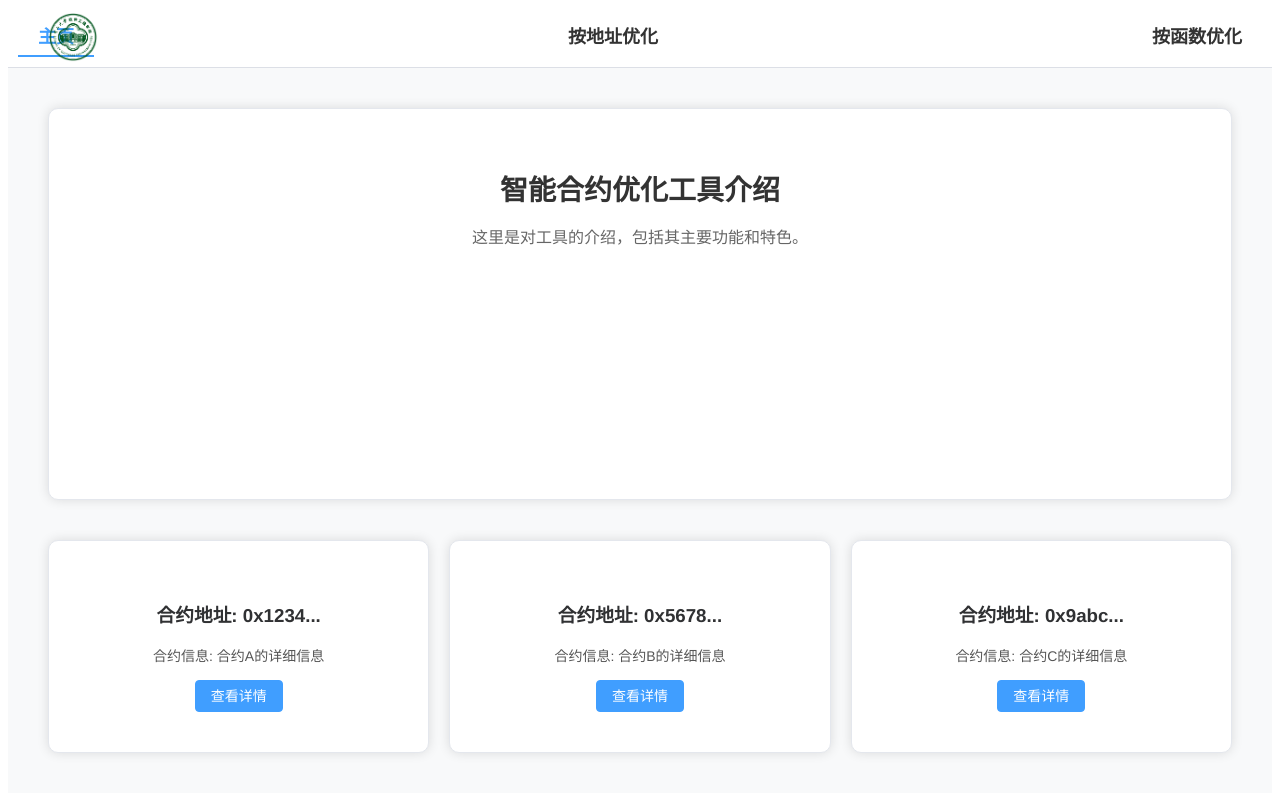
Repository: syckcoding/SmartHalo
Page: /
These files come from the project's save history. The page is drawn as it stood at one moment and after the next save; the edit follows.
The browser window is 1280 px wide. The pictures show the whole page.
The project was rebuilt for these pictures with package versions that can differ from the ones it lists, and the page was loaded fresh each time. Also part of the build but not shown: vite.config.js, src/views/Detail.vue.

Above is the page before, as saved 2024-10-05 10:48:41.

### src/main.js
import { createApp } from 'vue';
import App from './App.vue';
import router from './router';
import ElementPlus from 'element-plus';
import 'element-plus/dist/index.css';

createApp(App).use(router).use(ElementPlus).mount('#app');

### src/App.vue
<template>
  <div id="app">
    <Navbar />
    <router-view />
  </div>
</template>

<script>
import Navbar from './components/Navbar.vue';

export default {
  components: {
    Navbar,
  },
};
</script>

<style>
/* 样式设置 */
#app {
  font-family: Avenir, Helvetica, Arial, sans-serif;
  text-align: center;
  color: #2c3e50;
}
</style>

### src/router/index.js
import { createRouter, createWebHistory } from 'vue-router';
import Home from '../views/Home.vue';
import Detail from '../views/Detail.vue';

const routes = [
  { path: '/', name: 'Home', component: Home },
  { path: '/detail/:id', name: 'Detail', component: Detail, props: true },
];

const router = createRouter({
  history: createWebHistory(process.env.BASE_URL),
  routes,
});

export default router;

### src/components/Navbar.vue
<template>
  <el-menu :default-active="activeIndex" class="el-menu-demo" mode="horizontal">
    <el-menu-item index="0" class="logo-item">
      <img src="@/assets/intro-image.png" alt="工具LOGO" class="intro-logo" />
    </el-menu-item>
    <el-menu-item index="1" @click="goToHome" class="menu-item">主页</el-menu-item>
    <el-menu-item index="2" @click="goToAddressOptimization" class="menu-item">按地址优化</el-menu-item>
    <el-menu-item index="3" @click="goToFunctionOptimization" class="menu-item">按函数优化</el-menu-item>
  </el-menu>
</template>

<script>
export default {
  data() {
    return {
      activeIndex: '1',
    };
  },
  methods: {
    goToHome() {
      this.$router.push({ name: 'Home' });
    },
    goToAddressOptimization() {
      this.$router.push({ name: 'Detail', params: { mode: 'address' } });
    },
    goToFunctionOptimization() {
      this.$router.push({ name: 'Detail', params: { mode: 'function' } });
    },
  },
};
</script>

<style scoped>
.el-menu-demo {
  background-color: #ffffff;  /* 设置为白色背景 */
  color: #333;
  padding: 10px;
  display: flex;
  align-items: center;
  justify-content: space-between;
  position: relative;
  z-index: 1;
  border-bottom: 3px solid #2196f3;  /* 底部添加蓝色线条进行区分 */
}

.logo-item {
  pointer-events: none;
  position: absolute;
  left: 20px;
  z-index: 10;  /* 保证logo始终在最外层 */
}

.intro-logo {
  width: 50px;
  height: 50px;
  margin-right: 20px;
}

.el-menu-demo .el-menu-item {
  color: #333;
  font-size: 18px;  /* 字体稍微调大一点 */
  font-weight: bold;  /* 字体调粗一点 */
}

.menu-item {
  margin-left: auto;
}

.menu-right {
  display: flex;
  gap: 30px;
}
</style>

### src/views/Home.vue
<template>
    <div>
      <HomePage />
    </div>
  </template>

  <script>
  import HomePage from '../components/HomePage.vue';

  export default {
    components: {
      HomePage,
    },
  };
  </script>

  <style scoped>
  /* 可根据需要添加样式 */
  </style>

### src/components/HomePage.vue
<template>
  <div class="home">
    <el-row :gutter="20" class="intro-section">
      <el-col :span="24">
        <el-card class="intro-card">
          <h1 class="intro-title">智能合约优化工具介绍</h1>
          <p class="intro-description">这里是对工具的介绍，包括其主要功能和特色。</p>
        </el-card>
      </el-col>
    </el-row>

    <el-row :gutter="20" class="contracts">
      <el-col :span="8" v-for="contract in contracts" :key="contract.id">
        <el-card class="box-card">
          <div class="card-header">
            <h3>合约地址: {{ contract.address }}</h3>
          </div>
          <div class="card-content">
            <p>合约信息: {{ contract.info }}</p>
          </div>
          <div class="card-actions center-button">
            <el-button type="primary" @click="viewDetails(contract.id)">查看详情</el-button>
          </div>
        </el-card>
      </el-col>
    </el-row>
  </div>
</template>

<script>
export default {
  data() {
    return {
      contracts: [
        { id: 1, address: '0x1234...', info: '合约A的详细信息' },
        { id: 2, address: '0x5678...', info: '合约B的详细信息' },
        { id: 3, address: '0x9abc...', info: '合约C的详细信息' },
      ],
    };
  },
  methods: {
    viewDetails(contractId) {
      this.$router.push({ name: 'Detail', params: { id: contractId } });
    },
  },
};
</script>

<style scoped>
.home {
  padding: 40px;
  background-color: #f8f9fa;
}
.intro-section {
  margin-bottom: 40px;
}
.intro-card {
  padding: 20px;
  min-height: 350px;
  background-color: #ffffff;
  border-radius: 10px;
  box-shadow: 0 4px 8px rgba(0, 0, 0, 0.1);
}
.intro-title {
  font-size: 28px;
  font-weight: bold;
  color: #333;
  margin-bottom: 10px;
}
.intro-description {
  font-size: 16px;
  color: #666;
}
.contracts {
  margin-top: 20px;
}
.box-card {
  padding: 20px;
  background-color: #ffffff;
  border-radius: 10px;
  box-shadow: 0 4px 8px rgba(0, 0, 0, 0.1);
  transition: transform 0.3s ease;
}
.box-card:hover {
  transform: translateY(-5px);
}
.card-header {
  margin-bottom: 10px;
}
.card-content {
  font-size: 14px;
  color: #555;
  margin-bottom: 15px;
}
.card-actions {
  text-align: center;
  display: flex;
  justify-content: center;
  align-items: center;
}
.center-button {
  margin-top: 15px;
}
.el-button {
  background-color: #409eff;
  border-color: #409eff;
  color: #ffffff;
}
.el-button:hover {
  background-color: #66b1ff;
  border-color: #66b1ff;
}
</style>

Loaded but not shown: index.html (common file)

After the next save:
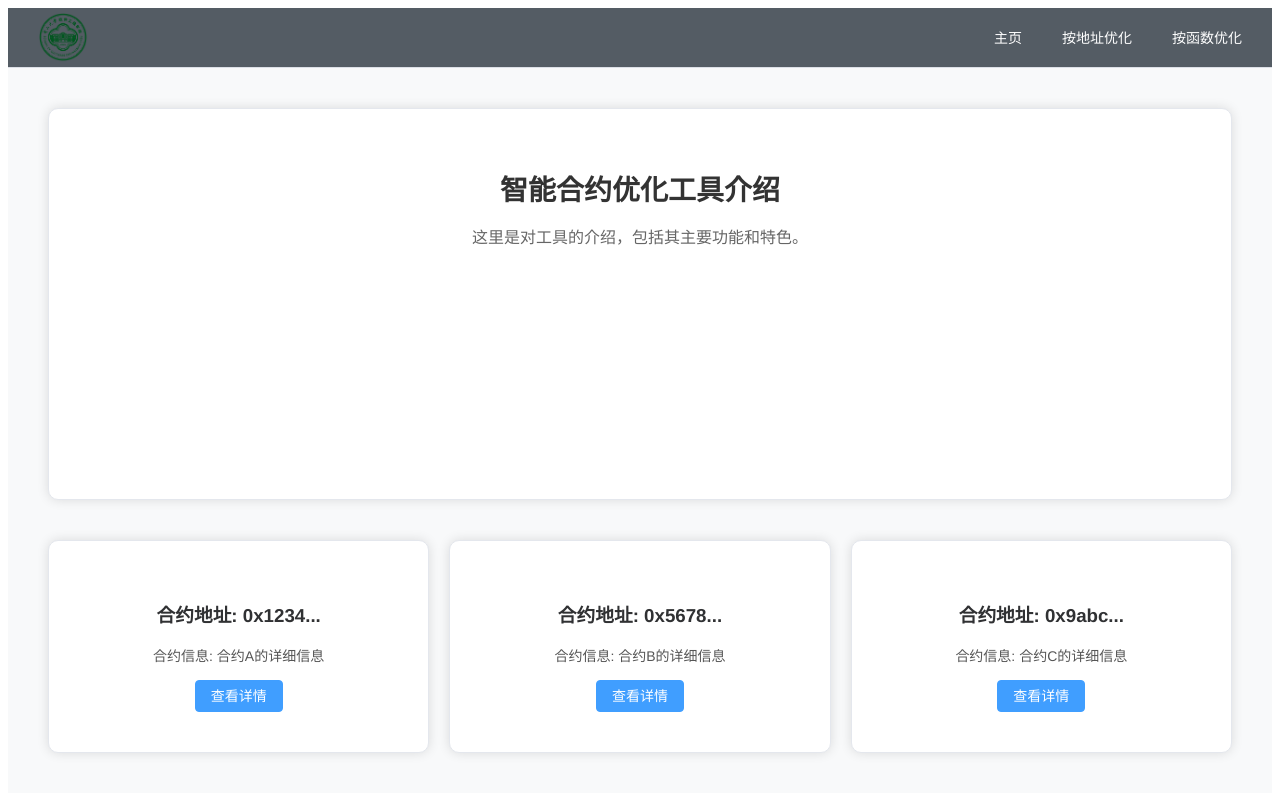
Saved 3 min 52 s later.
--- a/src/components/Navbar.vue
+++ b/src/components/Navbar.vue
@@ -3,9 +3,11 @@
     <el-menu-item index="0" class="logo-item">
       <img src="@/assets/intro-image.png" alt="工具LOGO" class="intro-logo" />
     </el-menu-item>
-    <el-menu-item index="1" @click="goToHome" class="menu-item">主页</el-menu-item>
-    <el-menu-item index="2" @click="goToAddressOptimization" class="menu-item">按地址优化</el-menu-item>
-    <el-menu-item index="3" @click="goToFunctionOptimization" class="menu-item">按函数优化</el-menu-item>
+    <div class="menu-right">
+      <el-menu-item index="1" @click="goToHome">主页</el-menu-item>
+      <el-menu-item index="2" @click="goToAddressOptimization">按地址优化</el-menu-item>
+      <el-menu-item index="3" @click="goToFunctionOptimization">按函数优化</el-menu-item>
+    </div>
   </el-menu>
 </template>
 
@@ -32,22 +34,16 @@ export default {
 
 <style scoped>
 .el-menu-demo {
-  background-color: #ffffff;  /* 设置为白色背景 */
-  color: #333;
+  background-color: #545c64;
+  color: #fff;
   padding: 10px;
-  display: flex;
+  display: flex;  /* 使用Flex布局 */
   align-items: center;
-  justify-content: space-between;
-  position: relative;
-  z-index: 1;
-  border-bottom: 3px solid #2196f3;  /* 底部添加蓝色线条进行区分 */
+  justify-content: space-between; /* 主轴两端对齐，使左侧logo与右侧菜单分别靠边 */
 }
 
 .logo-item {
   pointer-events: none;
-  position: absolute;
-  left: 20px;
-  z-index: 10;  /* 保证logo始终在最外层 */
 }
 
 .intro-logo {
@@ -57,17 +53,10 @@ export default {
 }
 
 .el-menu-demo .el-menu-item {
-  color: #333;
-  font-size: 18px;  /* 字体稍微调大一点 */
-  font-weight: bold;  /* 字体调粗一点 */
-}
-
-.menu-item {
-  margin-left: auto;
+  color: #fff;
 }
 
 .menu-right {
-  display: flex;
-  gap: 30px;
+  display: flex;  /* 确保子元素在同一行显示 */
 }
 </style>
